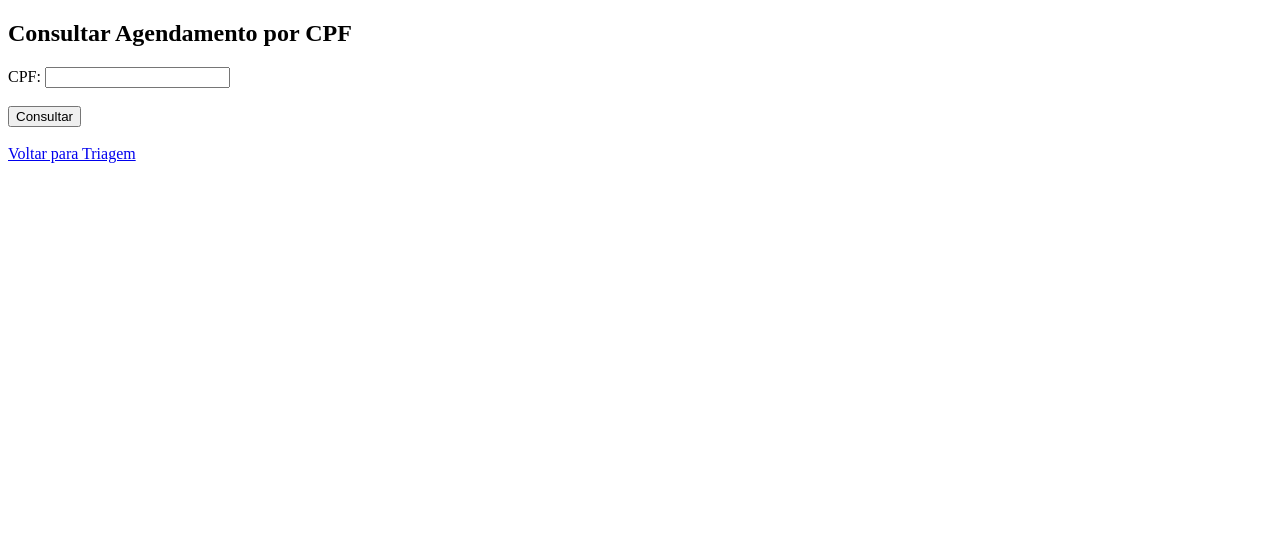
Repository: mijesus/chatbot
Page: SistemaTriagemOrioAI/src/main/webapp/consultar.html
These files come from the project's save history. The page is drawn as it stood at one moment and after the next save; the edit follows.
The browser window is 1280 px wide. The pictures show the whole page.

Above is the page before, as saved 2025-06-02 00:34:18.

After the next save:
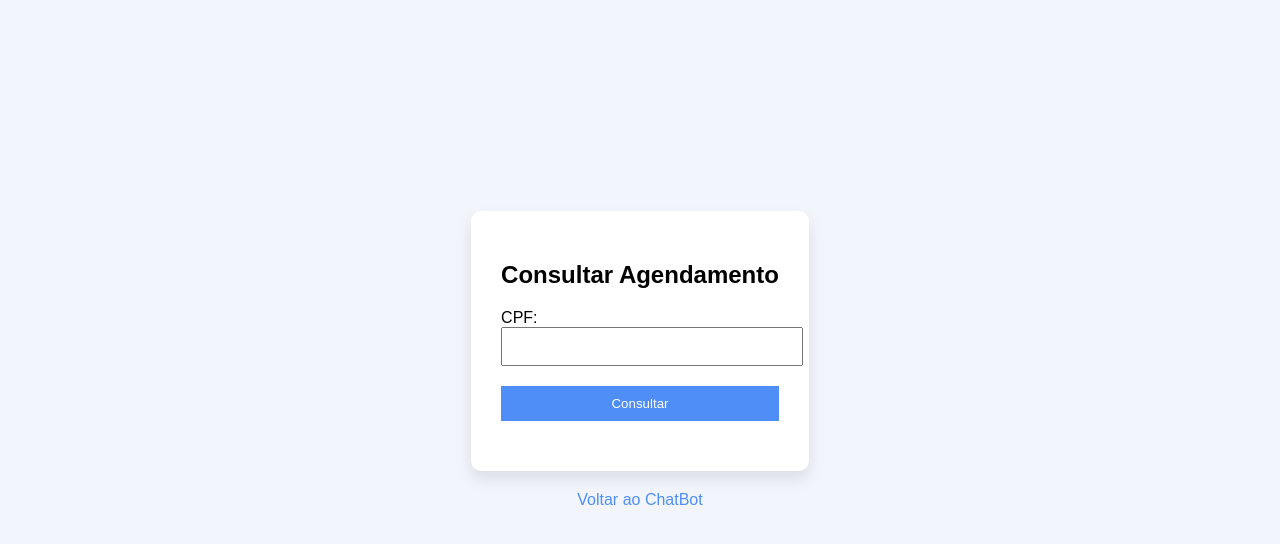
Saved 2 min 0 s later.
--- a/SistemaTriagemOrioAI/src/main/webapp/consultar.html
+++ b/SistemaTriagemOrioAI/src/main/webapp/consultar.html
@@ -3,16 +3,50 @@
 <head>
     <meta charset="UTF-8">
     <title>Consultar Agendamento</title>
+    <style>
+        body {
+            font-family: Arial, sans-serif;
+            background: #f2f6fc;
+            display: flex;
+            flex-direction: column;
+            align-items: center;
+            justify-content: center;
+            height: 100vh;
+            margin: 0;
+        }
+        form {
+            background: #fff;
+            padding: 30px;
+            border-radius: 10px;
+            box-shadow: 0 8px 16px rgba(0,0,0,0.1);
+        }
+        input {
+            display: block;
+            margin-bottom: 20px;
+            padding: 10px;
+            width: 100%;
+        }
+        input[type="submit"] {
+            background-color: #4f8ef7;
+            color: #fff;
+            border: none;
+            cursor: pointer;
+        }
+        a {
+            margin-top: 20px;
+            display: inline-block;
+            color: #4f8ef7;
+            text-decoration: none;
+        }
+    </style>
 </head>
 <body>
-    <h2>Consultar Agendamento por CPF</h2>
     <form action="consultar" method="post">
-        <label>CPF:</label>
-        <input type="text" name="cpf" required><br><br>
+        <h2>Consultar Agendamento</h2>
+        <label for="cpf">CPF:</label>
+        <input type="text" name="cpf" id="cpf" required>
         <input type="submit" value="Consultar">
     </form>
-
-    <br>
-    <a href="index.html">Voltar para Triagem</a>
+    <a href="index.html">Voltar ao ChatBot</a>
 </body>
 </html>
